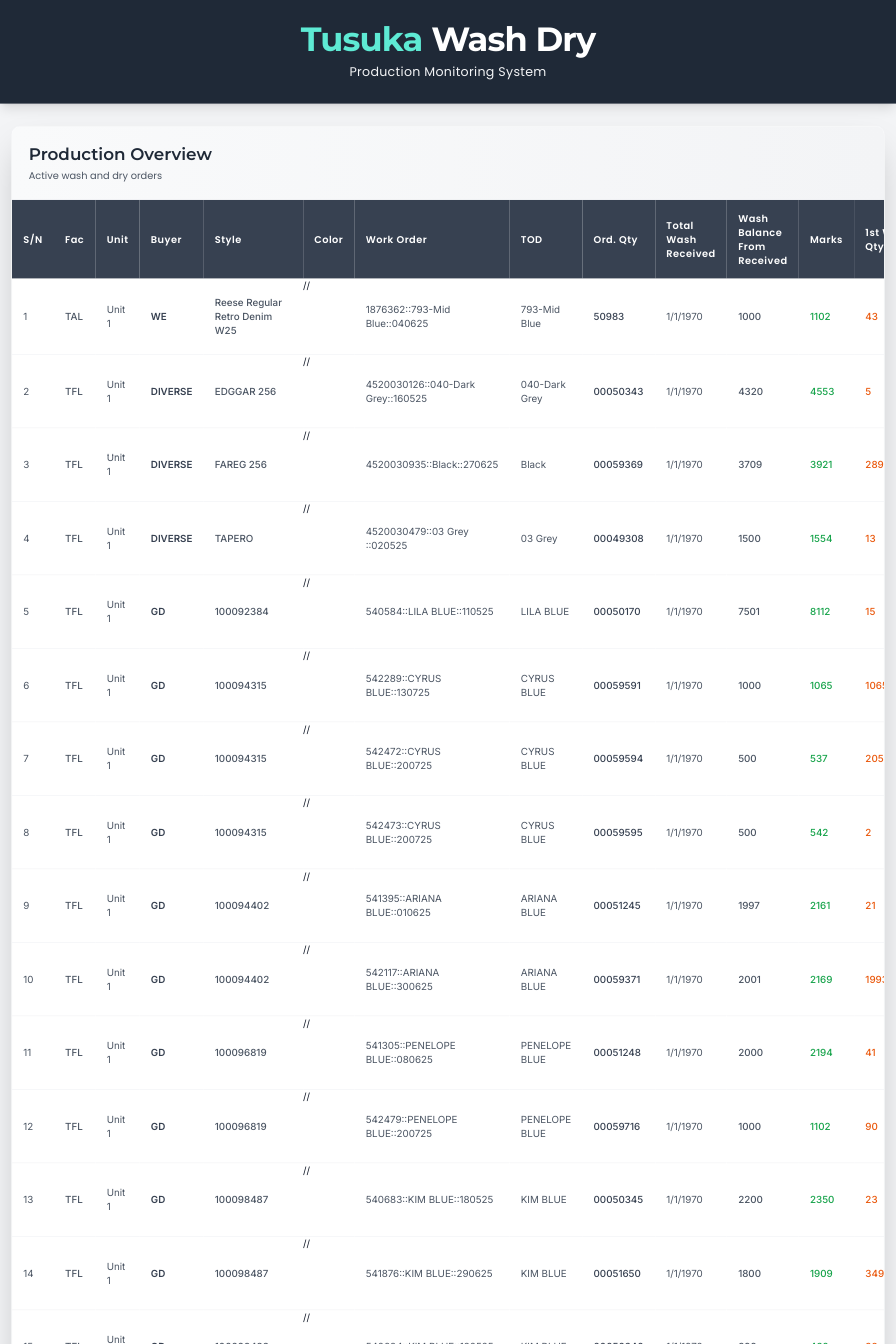
Repository: AhmedMuktadir14218/TusukaDryWash
Page: 1st Wash/index.html
The author's editor kept a copy of each file at every save. The page is drawn from the files as they stood at one save, then again after the next save.
The browser window is 1280 px wide. The pictures show the part of the page from y = 0 to 1920 px (the page is 4127 px tall), at 70% of full size.
Some web libraries are served in a nearby version.

Above is the page before, as saved 2025-07-01 12:02:31.

After the next save:
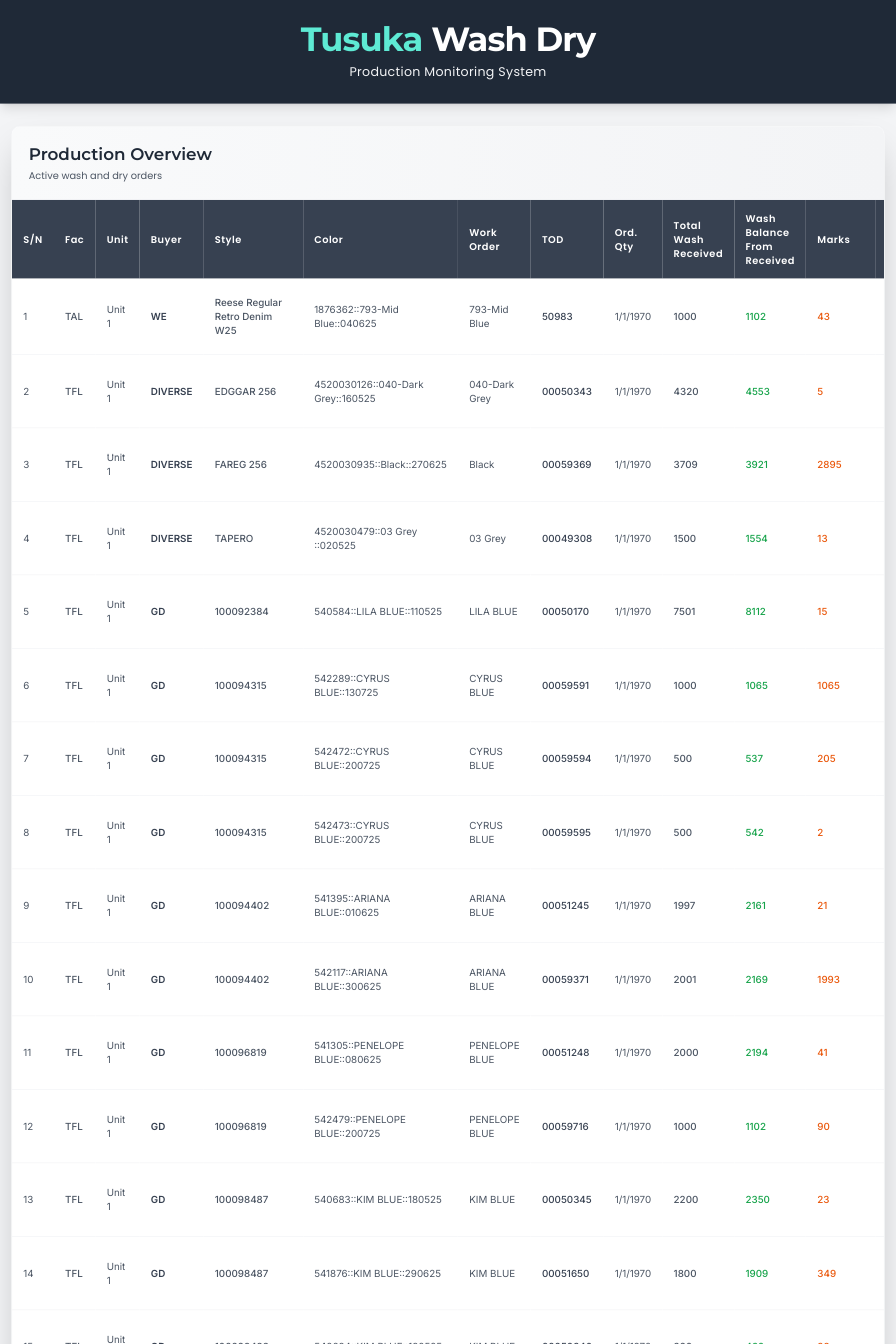
Saved 15 s later.
--- a/1st Wash/script.js
+++ b/1st Wash/script.js
@@ -29,7 +29,7 @@ function populateTable(data) {
             <td class="px-4 py-3.5 text-gray-600" data-label="Unit">${row.Unit}</td>
             <td class="px-4 py-3.5 font-semibold text-gray-700" data-label="Buyer">${row.Buyer}</td>
             <td class="px-4 py-3.5 text-gray-600 font-medium" data-label="Style">${row['Style Name']}</td>
-            // <td class="px-4 py-3.5 text-gray-600" data-label="PO/Color">${row['FastReact No']}</td>
+             <td class="px-4 py-3.5 text-gray-600" data-label="PO/Color">${row['FastReact No']}</td>
             <td class="px-4 py-3.5 text-gray-600" data-label="PO/Color">${row.Color}</td>
             <td class="px-4 py-3.5 text-gray-700 font-medium" data-label="Work Order">${row['Work Order No']}</td>
             <td class="px-4 py-3.5 text-gray-600" data-label="T. Date">${new Date(row.TOD).toLocaleDateString()}</td>
